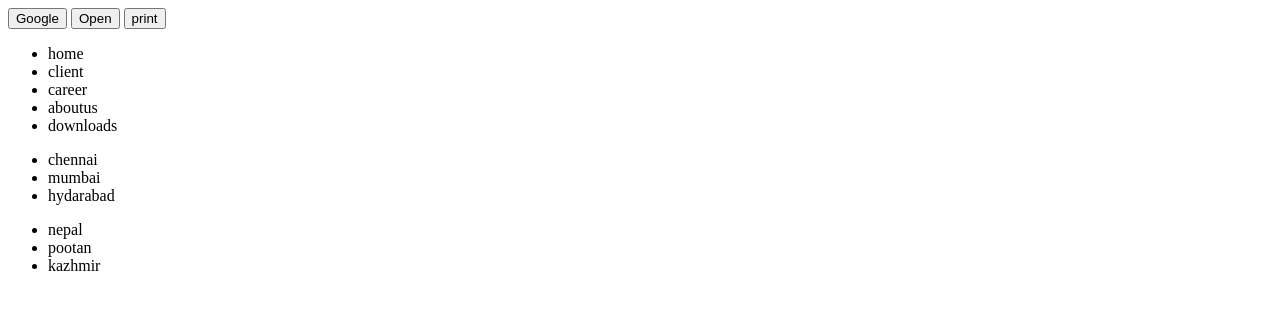
Repository: venkatesakki/JavaDeveloper
Page: javascript_example/src/main/webapp/usingjsobject.html
These files come from the project's save history. The page is drawn as it stood at one moment and after the next save; the edit follows.
The browser window is 1280 px wide. The pictures show the whole page.

Above is the page before, as saved 2022-06-28 10:14:15.

### javascript_example/src/main/webapp/usingjsobject.html
<!DOCTYPE html>
<html>
<head>
<meta charset="UTF-8">
<title>Insert title here</title>
</head>
<body>

<button id="googleBtn">Google</button>

<button id="openBtn">Open</button>

<button id="printBtn">print</button>


<script type="text/javascript" src="scripts/js_objects.js"></script>
</body>
</html>

### javascript_example/src/main/webapp/scripts/js_objects.js
/**
 *
 */


function usingWindowObj(){

	window.location="http://www.google.com";

}

function windowObjOpen(){

	window.open("index.html","indecmessage");

}

function invoke(){

	var goToGoogleButton = document.getElementById('googleBtn');
	goToGoogleButton.addEventListener('click',usingWindowObj);



	var openWindowButton=document.getElementById('openBtn');
	openWindowButton.addEventListener('click',windowObjOpen);

	var printButton = document.getElementById('printBtn');
	printButton.addEventListener('click',function(){

		window.print();
	});

}
function usingArrays(){
	//arrays using shortct
	var linkTexts=['home','client','career','aboutus','downloads'];
	writeToFile(linkTexts);

	var cities=new Array('chennai','mumbai','hydarabad');
	writeToFile(cities);

	var countries=new Array();

	countries[0]='nepal';
	countries[1]='pootan';
	countries[2]='kazhmir';
	writeToFile(countries);
}


function writeToFile(items){
		document.write('<ul>');
	for(indexPos in items){
		document.write('<li>'+items[indexPos]+'</li>')
	}
	document.write('</ul>');
}
(function(){
	invoke();
    usingArrays();

})();

After the next save:
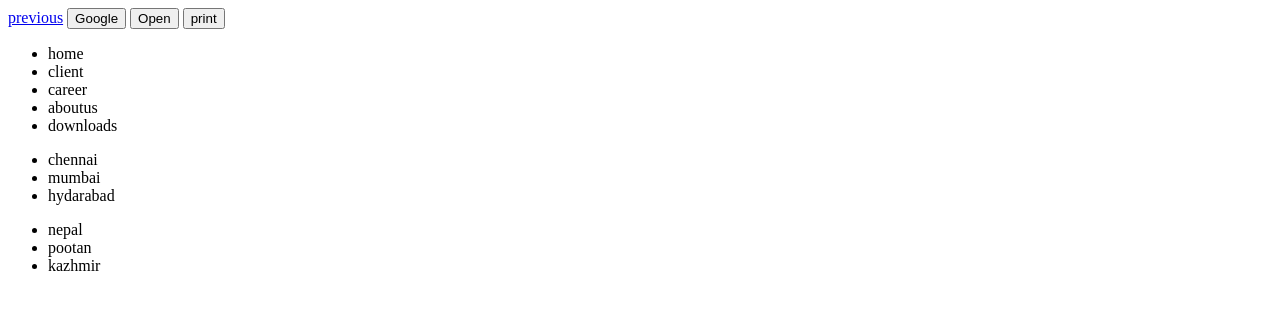
Saved 65 s later.
--- a/javascript_example/src/main/webapp/usingjsobject.html
+++ b/javascript_example/src/main/webapp/usingjsobject.html
@@ -5,7 +5,7 @@
 <title>Insert title here</title>
 </head>
 <body>
-
+<a href="#">previous</a>
 <button id="googleBtn">Google</button>
 
 <button id="openBtn">Open</button>

After the 2 saves that followed:
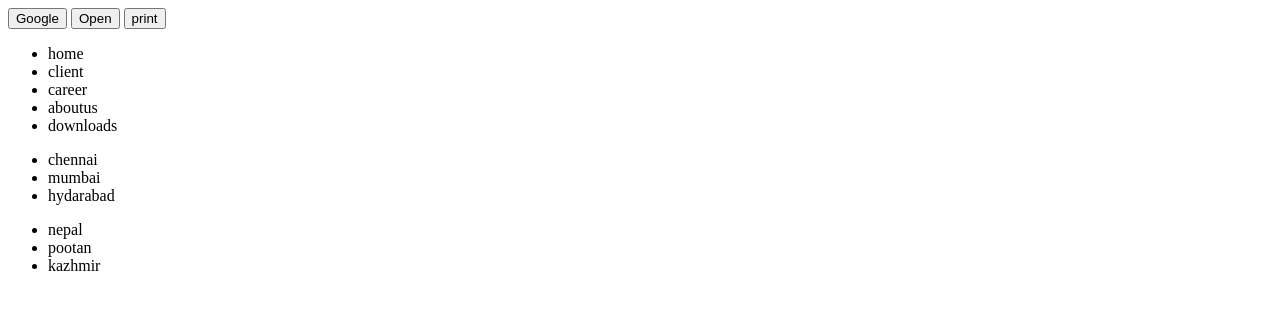
The 2 saves are shown as one change because 1 left the picture as it was.
The last was saved 4 min 55 s later.
--- a/javascript_example/src/main/webapp/usingjsobject.html
+++ b/javascript_example/src/main/webapp/usingjsobject.html
@@ -5,7 +5,12 @@
 <title>Insert title here</title>
 </head>
 <body>
-<a href="#">previous</a>
+<script type="text/javascript">
+function back(){
+	history.back();
+}
+
+</script>
 <button id="googleBtn">Google</button>
 
 <button id="openBtn">Open</button>
